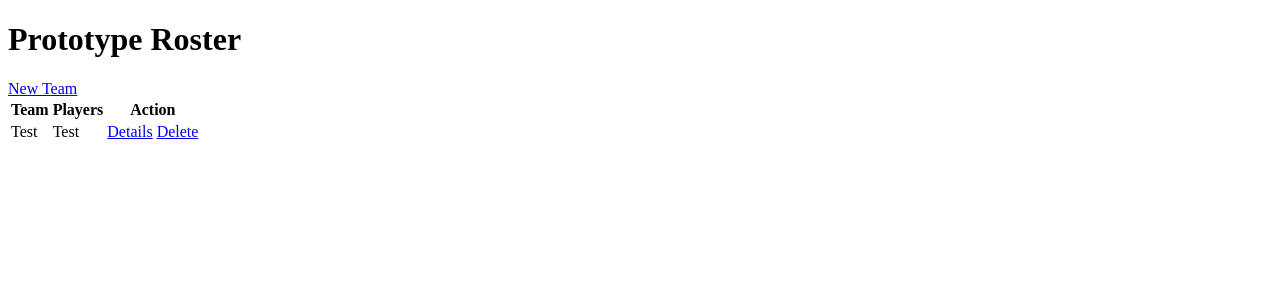
Repository: bchang1213/javaEE
Page: http://localhost/TeamRoster/home
An editor plug-in stored every save of this project. The page is shown before and after the next save, followed by the edit.
The browser window is 1280 px wide. The pictures show the whole page.
The page is served by Tomcat 9.

Above is the page before, as saved 2017-10-09 23:46:19.

After the next save:
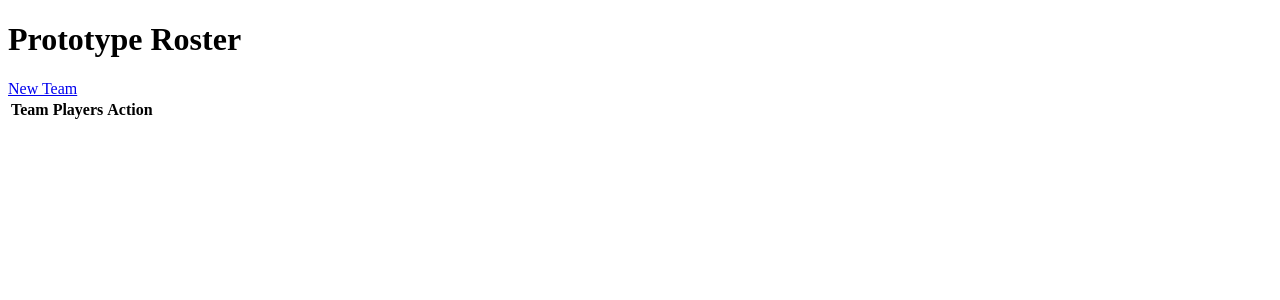
Saved 106 s later.
--- a/TeamRoster/WebContent/WEB-INF/views/home.jsp
+++ b/TeamRoster/WebContent/WEB-INF/views/home.jsp
@@ -1,5 +1,6 @@
 <%@ page language="java" contentType="text/html; charset=UTF-8"
     pageEncoding="UTF-8"%>
+<%@ taglib prefix="c" uri="http://java.sun.com/jsp/jstl/core" %>
 <!DOCTYPE html PUBLIC "-//W3C//DTD HTML 4.01 Transitional//EN" "http://www.w3.org/TR/html4/loose.dtd">
 <html>
 <head>
@@ -16,14 +17,13 @@
 			<th>Players</th>
 			<th>Action</th>
 		</tr>
+<c:forEach items="${tabledata}" var="current">
 		<tr>
-			<td>Test</td>
-			<td>Test</td>
-			<td>
-				<a href="about_team/id">Details</a>
-				<a href="about_team/id/delete">Delete</a>
-			</td>
+			<td><c:out value="${current.start}" /><td>
+			<td><c:out value="${current.stop}" /><td>
+			<td><c:out value="${current.total}" /><td>
 		</tr>
+</c:forEach>
 	</table>
 </body>
 </html>
